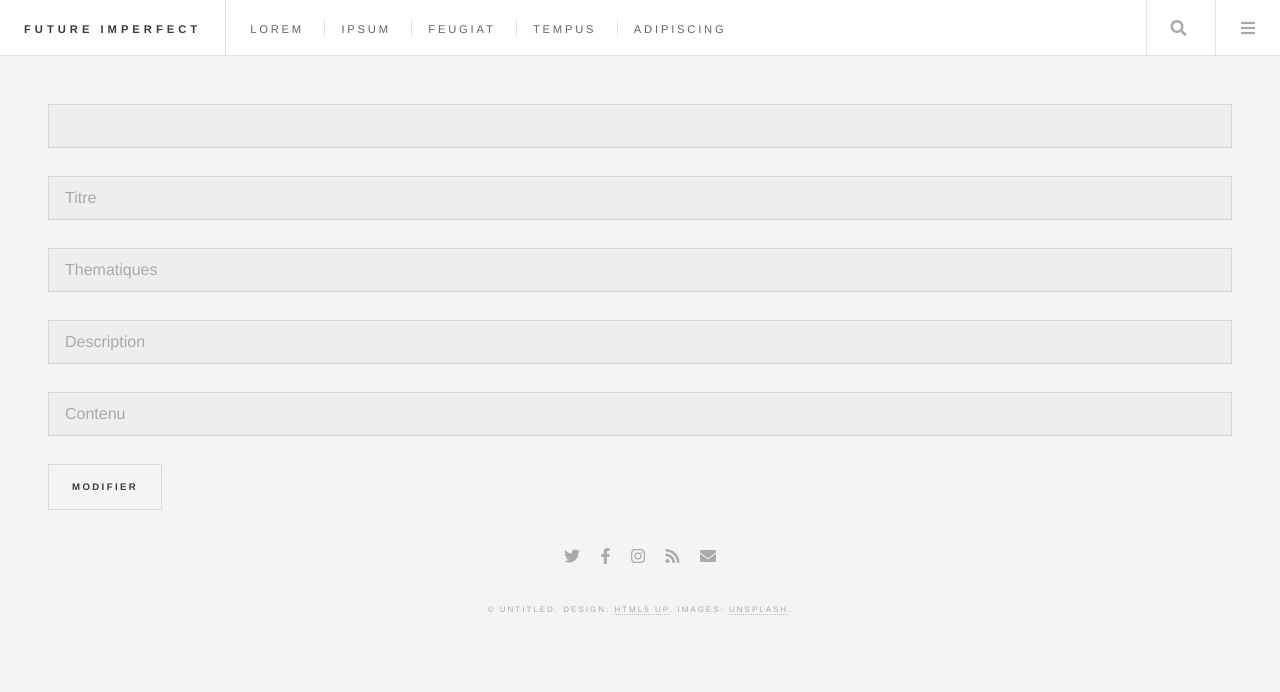
Repository: b0b1n/front-mini-wiki
Page: http://localhost/Mini-Wiki/view/ModifierPage.jsp
These files come from the project's save history. The page is drawn as it stood at one moment and after the next save; the edit follows.
The browser window is 1280 px wide. The pictures show the whole page.
Some web fonts or font styles are not loaded; a fallback is used. The page is served by Tomcat 10.

Above is the page before, as saved 2022-05-05 18:53:31.

After the next save:
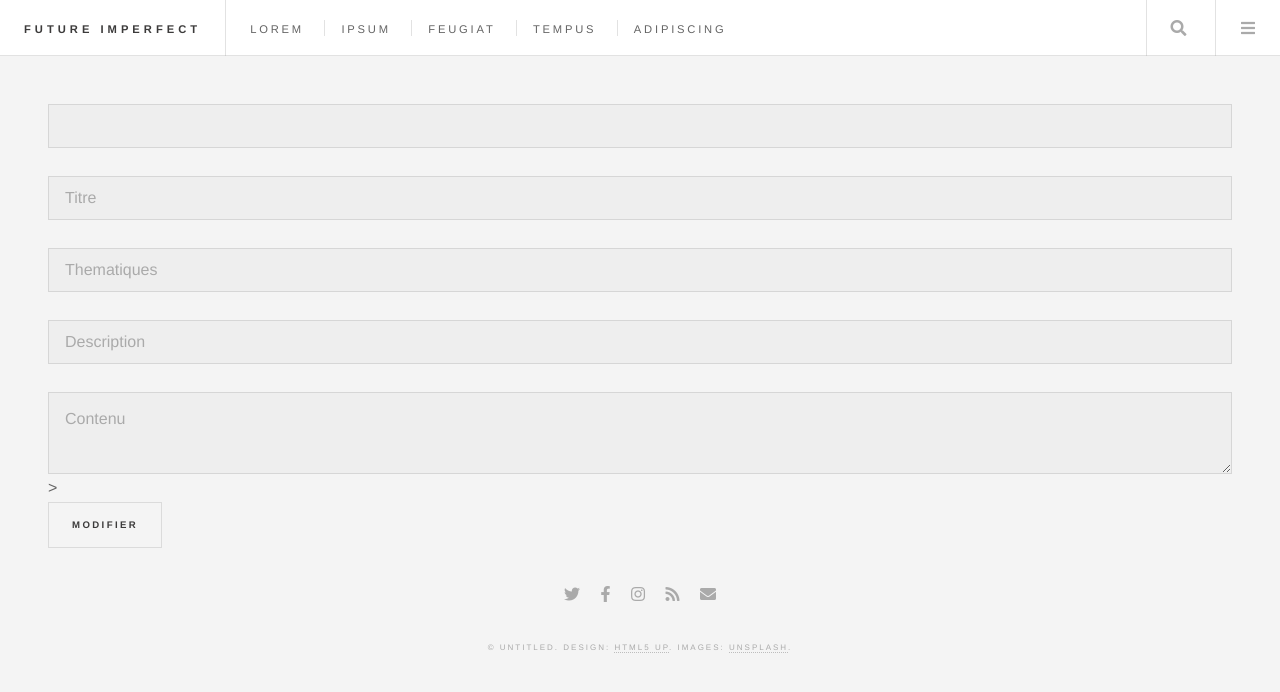
Saved 3 h 57 min later.
--- a/Mini-Wiki/src/main/webapp/view/ModifierPage.jsp
+++ b/Mini-Wiki/src/main/webapp/view/ModifierPage.jsp
@@ -105,7 +105,7 @@
 							<input type=text name=Titre placeholder="Titre"/><br>
 							<input type=text name=Thematique placeholder="Thematiques" /><br>
 							<input type=text name=Description placeholder="Description"  /><br>
-							<input type=text name=Contenu placeholder="Contenu" /><br>
+							<textarea name=Contenu placeholder="Contenu" ></textarea>><br>
 							<input type=submit value="Modifier" />
 
 						</form>

After the save that followed:
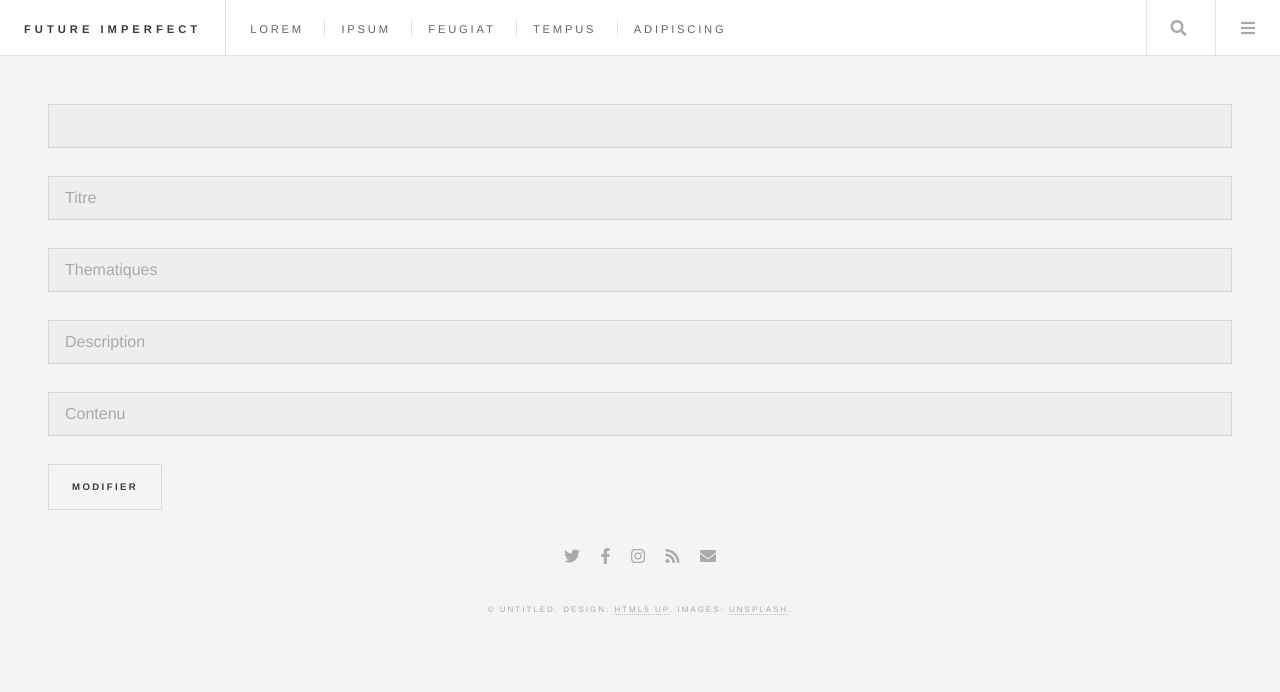
Saved 117 s later.
--- a/Mini-Wiki/src/main/webapp/view/ModifierPage.jsp
+++ b/Mini-Wiki/src/main/webapp/view/ModifierPage.jsp
@@ -105,7 +105,7 @@
 							<input type=text name=Titre placeholder="Titre"/><br>
 							<input type=text name=Thematique placeholder="Thematiques" /><br>
 							<input type=text name=Description placeholder="Description"  /><br>
-							<textarea name=Contenu placeholder="Contenu" ></textarea>><br>
+							<input type=text name=Contenu placeholder="Contenu" /><br>
 							<input type=submit value="Modifier" />
 
 						</form>
